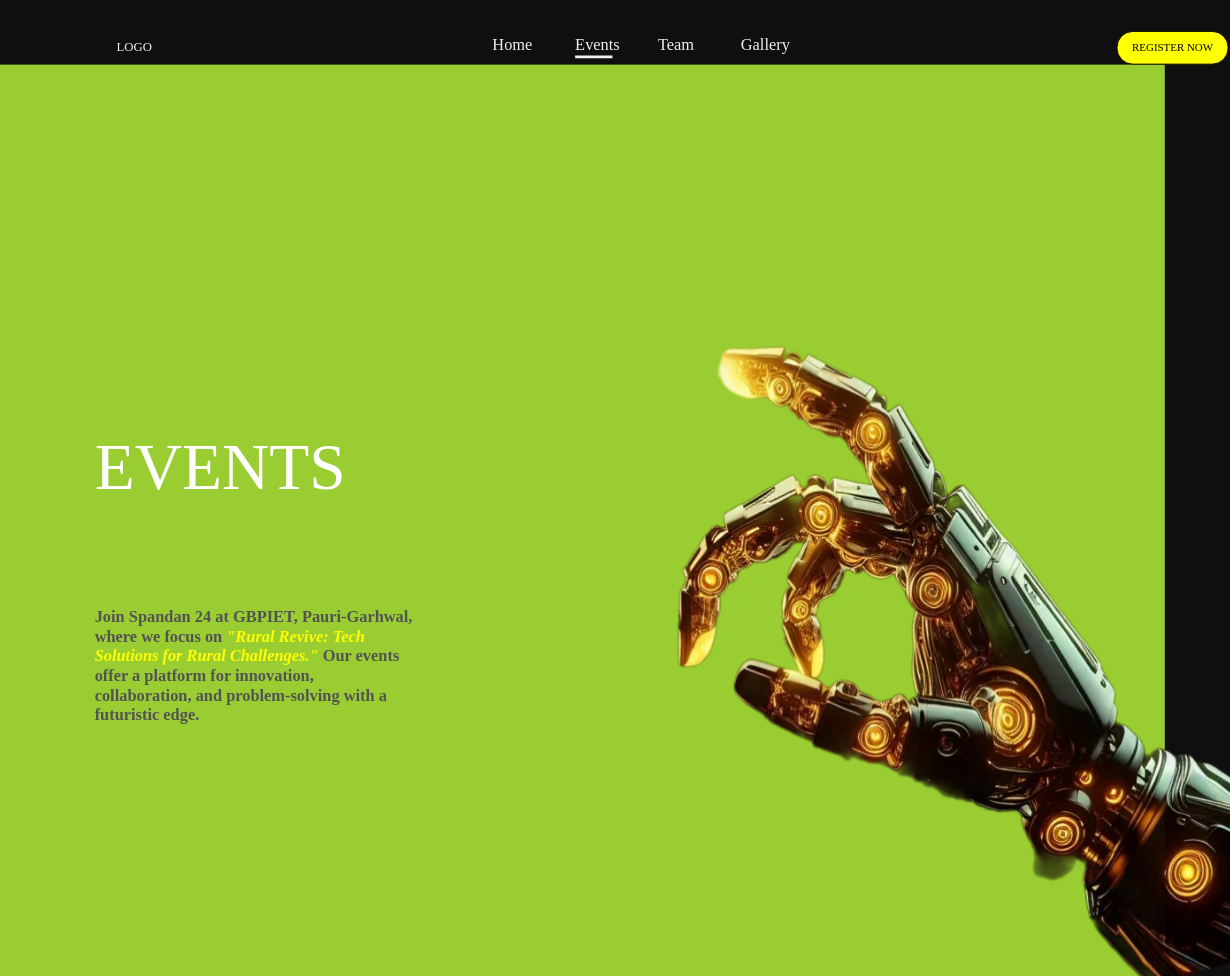
Repository: s4bbi/spandan-3.0
Page: /
An editor plug-in stored every save of this project. The page is shown before and after the next save, followed by the edit.
The browser window is 1280 px wide. The page is 1352 px wide, so the pictures cover 1352 px, including what lies to the right of the window. The pictures show the whole page, at 91% of full size.
The project was rebuilt for these pictures with package versions that can differ from the ones it lists, and the page was loaded fresh each time. Also part of the build but not shown: vite.config.js, src/pages/Events/Events.jsx.

Above is the page before, as saved 2024-11-02 02:57:08.

After the next save:
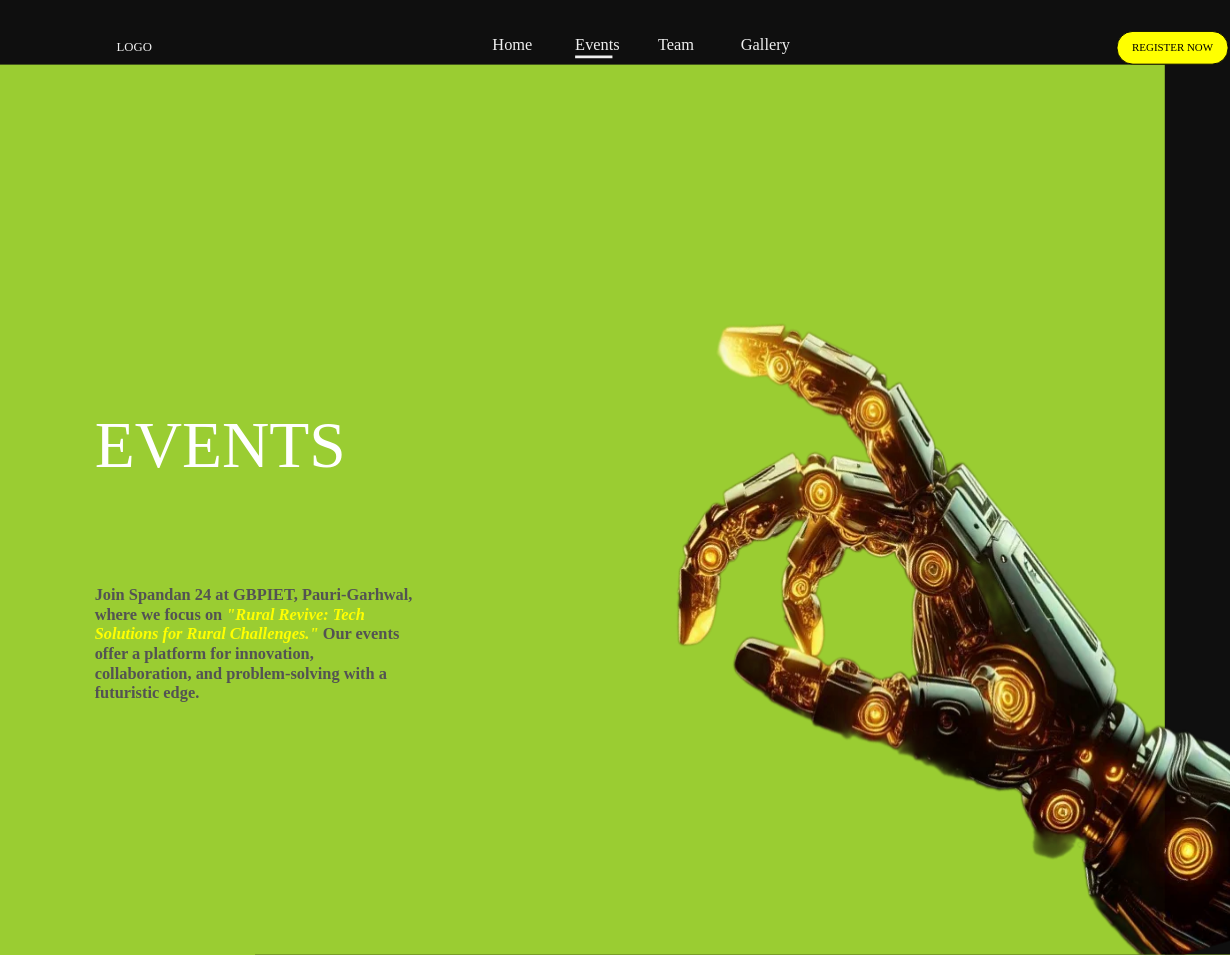
Saved 11 s later.
--- a/src/components/HeroSection/HeroSection.css
+++ b/src/components/HeroSection/HeroSection.css
@@ -2,7 +2,7 @@
     display: flex;
     align-items: center;
     justify-content: space-between;
-    padding-top: 104px;
+    padding-top: 80px;
     background-color: yellowgreen;
     /* padding-top: 50px;
     max-width: 1200px;
